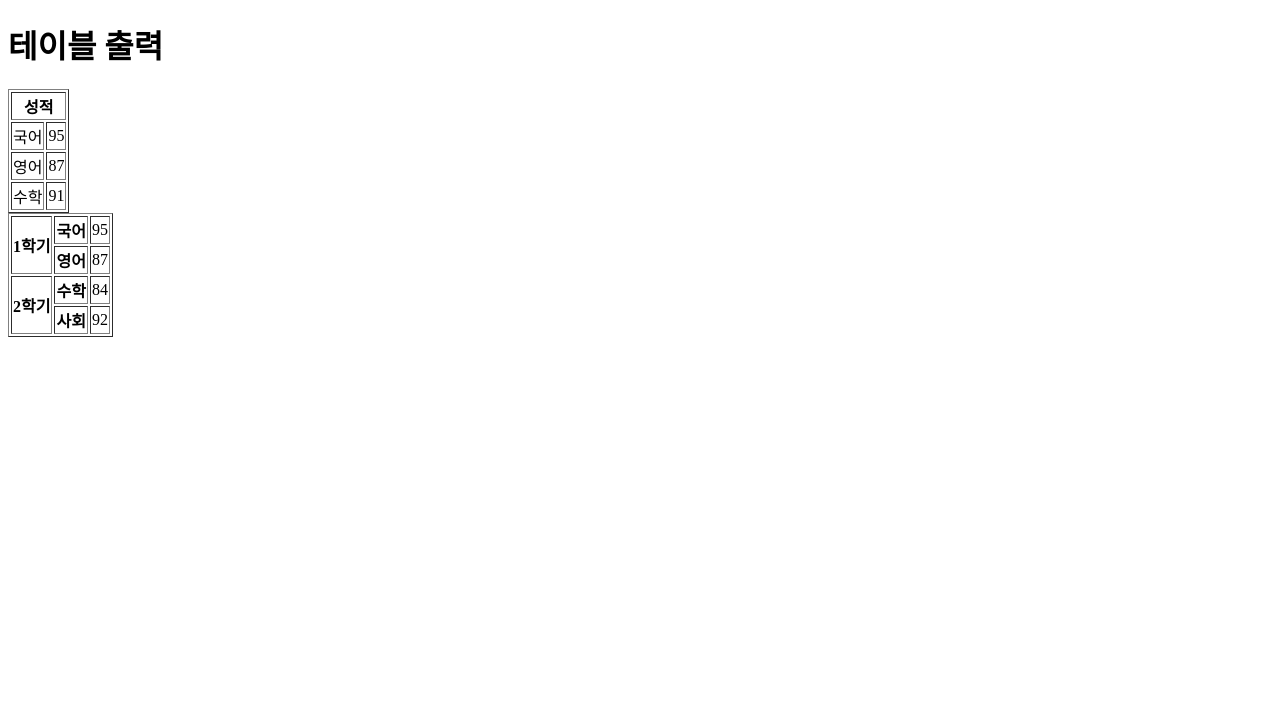
Repository: KimHeonSeung/TJE_HTML
Page: sources/day_01/WebContent/head_foot.html
The author's editor kept a copy of each file at every save. The page is drawn from the files as they stood at one save, then again after the next save.
The browser window is 1280 px wide. The pictures show the whole page.

Above is the page before, as saved 2019-05-10 07:35:13.

After the next save:
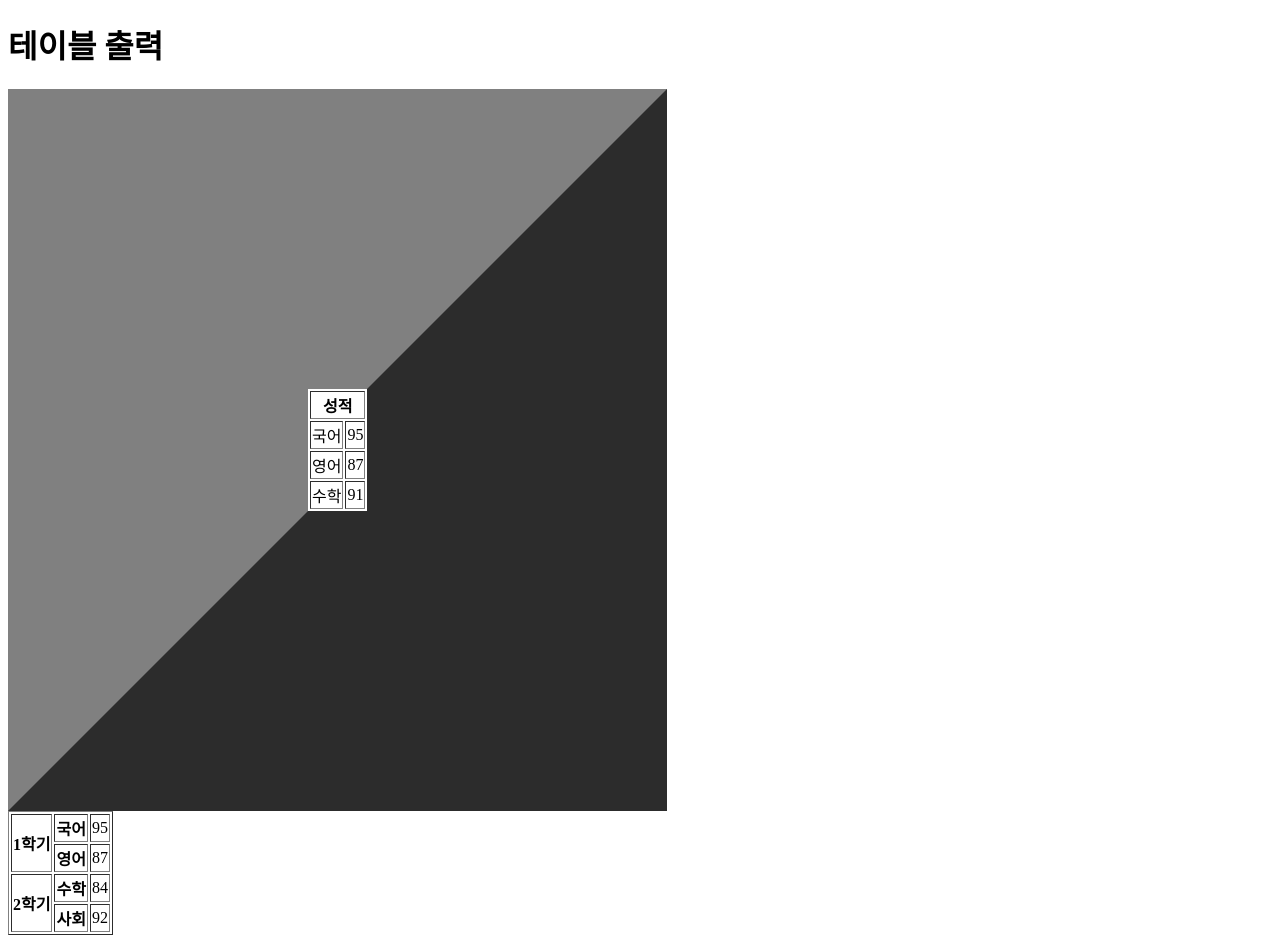
Saved 9 s later.
--- a/sources/day_01/WebContent/head_foot.html
+++ b/sources/day_01/WebContent/head_foot.html
@@ -11,7 +11,7 @@
 <!-- colspan, rowspan  -->
 
 <h1>테이블 출력</h1>
-<table border = "1">
+<table border = "300">
 	<tr>
 	<!-- 2개를 합치겠다 -->
 		<th colspan = "2">성적</th>
